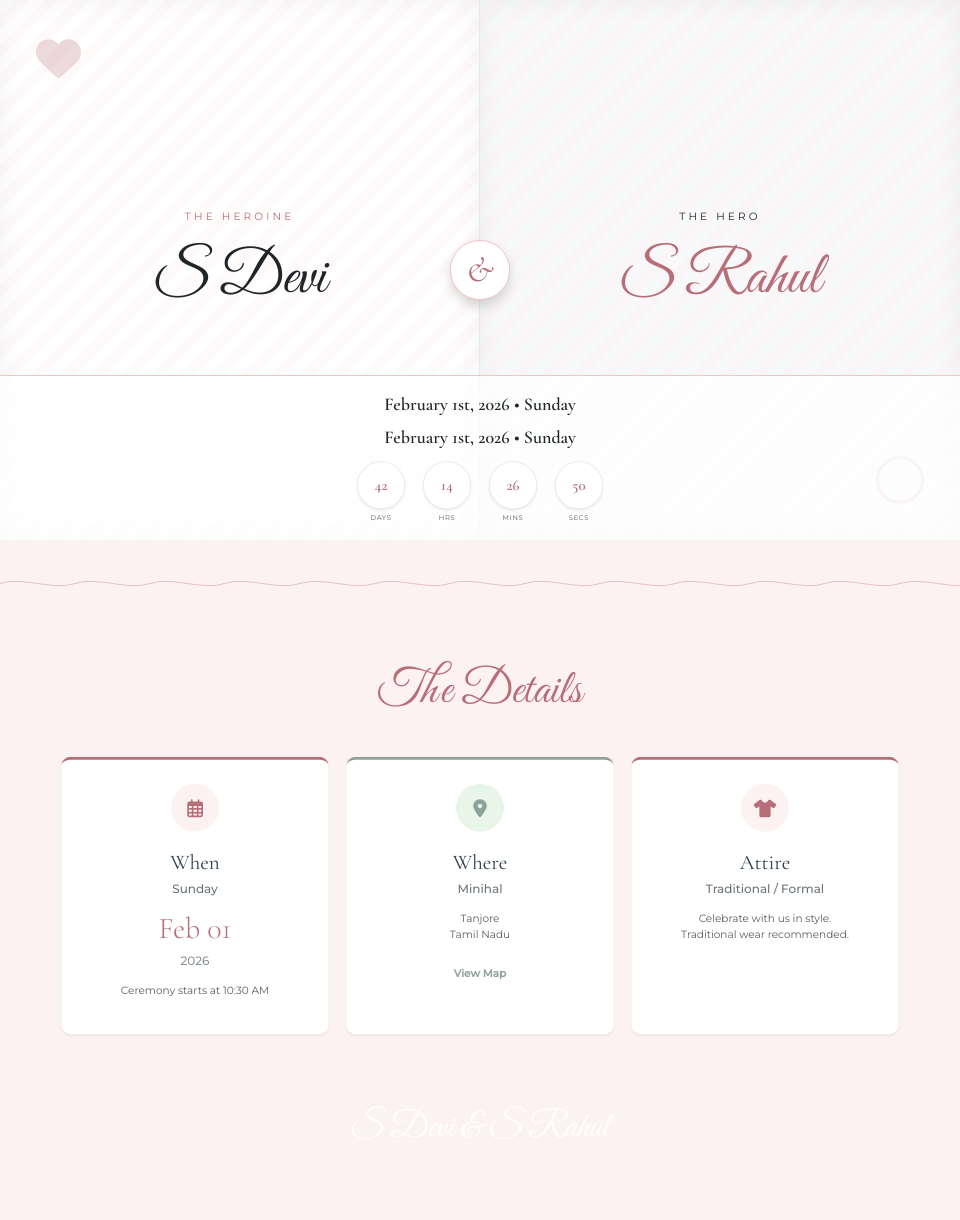
Repository: Eswar2585/Invitation
Page: index.html
An editor plug-in stored every save of this project. The page is shown before and after a run of saves, followed by the edit.
The browser window is 1280 px wide. The pictures show the whole page, at 75% of full size.

Above is the page before, as saved 2025-12-20 22:47:45.

After the next 2 saves:
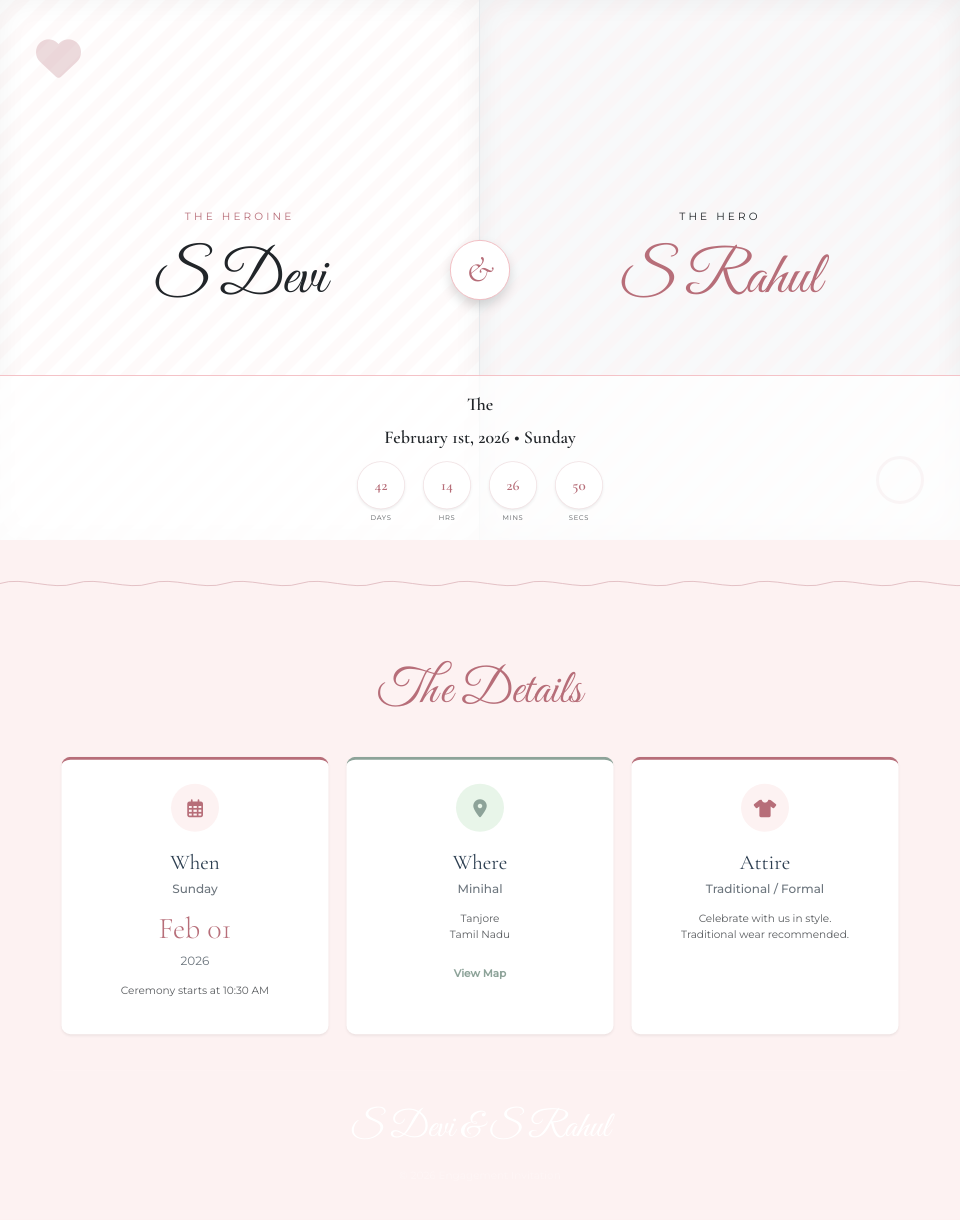
The 2 saves are shown as one change because they came seconds apart.
The last was saved 25 s later.
--- a/index.html
+++ b/index.html
@@ -89,7 +89,7 @@
                 <!-- Bottom Countdown Overlay -->
                 <div class="position-absolute bottom-0 start-0 w-100 z-3 bg-white bg-opacity-75 border-top border-danger-subtle py-4 backdrop-blur">
                     <div class="container text-center">
-                         <p class="font-serif h4 text-dark fw-bold mb-3">February 1st, 2026 &bull; Sunday</p>
+                         <p class="font-serif h4 text-dark fw-bold mb-3">The </p>
                         <p class="font-serif h4 text-dark fw-bold mb-3">February 1st, 2026 &bull; Sunday</p>
                         <div class="d-flex justify-content-center gap-3 gap-md-4" id="countdownContainer">
                             <!-- Countdown items injected by JS -->
